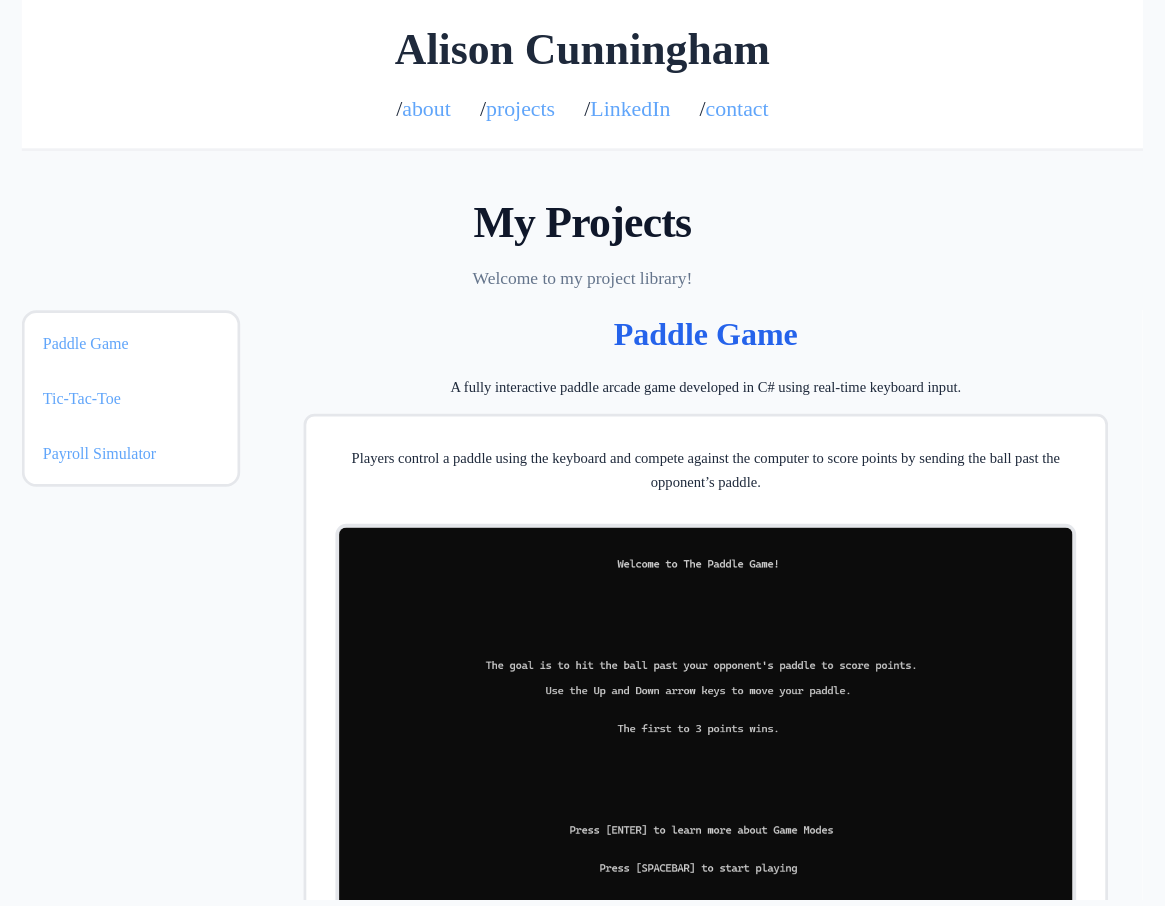
Repository: alison-cunningham/alison-cunningham
Page: pages/main-projects-page.html
An editor plug-in stored every save of this project. The page is shown before and after the next save, followed by the edit.
The browser window is 1280 px wide. The pictures show the whole page, at 91% of full size.
Some web fonts or font styles are not loaded; a fallback is used.

Above is the page before, as saved 2026-05-12 21:19:48.

### pages/main-projects-page.html
<!DOCTYPE html>
<html lang="en">
<head>
    <meta charset="UTF-8" />
    <title>Project - Paddle Game</title>
    <meta name="viewport" content="width=device-width, initial-scale=1.0">
    <link rel="stylesheet" href="../styles/pages.css"/>
    <link rel="stylesheet" href="../styles/globals.css"/>
</head>
<body>

    <header class="page-header">
        <h1>Alison Cunningham</h1>
        <div class="nav-bar">
            <a href="../index.html">/<span class="hover-text">about</span></a>
            <a href="./main-projects-page.html">/<span class="hover-text">projects</span></a>
            <a href="https://www.linkedin.com/in/alison-c-427578b5">/<span class="hover-text">LinkedIn</span></a>
            <a href="mailto:cunningham.alison.m@gmail.com">/<span class="hover-text">contact</span></a>
        </div>
    </header>

    <section class="project-card">
        <header class="main-header">
        <h2>My Projects</h2>
        <p>
            Welcome to my project library!
            <br>
        </p>
        </header>

        <div class="projects-layout">
            <nav>
            <a href="./paddle-game.html" target="myframe">
            Paddle Game
            </a>
            <a href="./tic-tac-toe.html" target="myframe">
            Tic-Tac-Toe
            </a>
            <a href="./payroll-simulator.html" target="myframe">
            Payroll Simulator
            </a>
            </nav>

            <section class="mainview">
                <iframe src="./paddle-game.html" name="myframe"></iframe>
            </section>
        </div>

    </section>

</body>


</html>

### styles/pages.css
body{
    display: flex;
    flex-direction: column;
    align-items: center;

    margin: 0 auto;
    padding: 0 1.5rem;

}

.main-header{
    display: grid;
    text-align: center;

    font-size: 1.2rem;
}

.main-header h2{
    font-size: 3rem;

    margin-bottom: 0.5rem;

    color: #0f172a;
    letter-spacing: -0.05rem;
}

.main-header p{
    margin-top: 0;

    font-size: 1.2rem;
    color: #64748b;
}

.project-header{
    display: grid;
    justify-content: center;
    text-align: center;

}

.project-header h1{
    margin-bottom: 0;

    font-size: 2.2rem;

    color: #2563eb;
}

nav{
    width: 100%;
    margin: 1rem auto;
    padding: .75rem;

    background-color: #ffffff;
    border: .2rem solid #e5e7eb;
    border-radius: 1rem;

    display: flex;
    justify-content: center;
    gap: 1rem;
    flex-wrap: wrap;

}

nav a{

    color: #60a5fa;
    padding: .5rem .5rem;
    border-radius: .75rem;

    font-size: 1.1rem;

    transition:
        background-color 0.3s ease,
        color 0.3s ease,
        transform 0.3s ease;
}

nav a:hover{
    background-color: #34d399;
    color: white;
}

img{
    display: block;
    max-width: 100%;
    margin: 1rem auto;
    border: .3rem solid #e5e7eb;
    border-radius: .75rem;

    transition: transform 0.3s ease;
}

img:hover{
    transform: scale(1.09);
}

.project-description{
    max-width: 97%;

    margin: 0 auto 2rem;
    padding: 2rem;

    background-color: #ffffff;
    border: .2rem solid #e5e7eb;
    border-radius: .75rem;

    line-height: 1.7;
}

.project-description ul{
    margin-top: 1rem;
    margin-bottom: 1rem;
    padding-left: 1.5rem;
}

.project-link{
    display: block;
    width: fit-content;

    margin: 0 auto 3rem;
    padding: .75rem;

    background-color: #60a5fa;
    color: white;

    text-decoration: none;

    border-radius: .5rem;

    transition: background-color 0.3s ease;
    transition: transform 0.2s ease;
}

.project-link:hover{
    background-color: #34d399;
}

summary{
    text-align: center;
    margin-bottom: 2rem;
}

.learned{
    line-height: 2rem;
    background-color: #e5e7eb;
    padding: 0.3rem 1.5rem 1rem;
    margin: 0.2rem;
    border-radius: 0.75rem;
}

.payroll-breakdown{
    line-height: 1.4rem;
}

iframe{
    width: 100%;
    min-height: 80vh;
    border: 0;
}

@media (min-width: 768px){

    .projects-layout{
        display: flex;
        flex-direction: column;
        gap: 1.5rem;
    }

    .project-card{
        width:100%;
    }


}

@media (min-width: 1000px){

    .projects-layout{
        display: grid;
        grid-template-columns: 1fr 4fr;
        align-items: start;

        gap: 2rem;
        width: 100%;
    }

    nav{
        position: sticky;
        top: 2rem;

        display: flex;
        flex-direction: column;

        width: 100%;
        margin: 0;
    }

    nav a{
        width: 100%;
        text-align: left;
    }

    iframe{
        min-height: 90vh;
    }
}

### styles/globals.css
@font-face{
    font-family: 'Radio-Canada';
    src: url('../assets/fonts/Radio_Canada/RadioCanada-VariableFont_wdth\,wght.ttf')
}

*{
    box-sizing: border-box;
}

body{
    font-family: 'Radio-Canada';

    background-color: #f8fafc;
    color: #1e293b;

    line-height: 1.6;
    font-size: 1rem;

    margin: 0;
    overflow-x: hidden;
}


a{
    text-decoration: none;
    color: inherit;
}

h3{
    font-size: 1.4rem;
    margin-bottom: 1rem;
    color: #0f172a;
}

.page-header{

    font-size: 1.3rem;
    width: 100%;
    padding: 1rem 0;

    background-color: #ffffff;
    border-bottom: .2rem solid #e5e7eb85;

    display: flex;
    flex-direction: column;
    align-items: center;
    justify-content: center;
    text-align: center;


}

header h1{
    font-size: 3rem;
    margin: 0;
}

.nav-bar{
    display: flex;
    gap: 2rem;

    width: 100%;
    max-width: 100%;

    overflow-x: auto;

    padding: 0.5rem 1rem;
    margin: 0;

    font-size: 1.5rem;
}

.nav-bar::-webkit-scrollbar{
    height: 0.45rem;
}

.nav-bar::-webkit-scrollbar-track{
    background: #e5e7eb;
    border-radius: 999rem;
}

.nav-bar::-webkit-scrollbar-thumb{
    background: #34d399;
    border-radius: 999rem;
}

.hover-text{
    color: #60a5fa;
    position: relative;
}

.hover-text:hover{
    color: #34d399;
}

.hover-text::after{
    content:"";
    position: absolute;
    left: 0;
    bottom: -2px;

    width: 0%;
    height: 2px;
    background: #34d399;
    transition: width 0.6s ease;

}

.hover-text:hover::after {
    width: 100%;
}

@media (min-width: 768px){
    .nav-bar{
        justify-content: center;
        overflow-x: visible;
    }
}

### pages/paddle-game.html
<!DOCTYPE html>
<html lang="en">
<head>
    <meta charset="UTF-8" />
    <title>Project - Paddle Game</title>
    <meta name="viewport" content="width=device-width, initial-scale=1.0">
    <link rel="stylesheet" href="../styles/globals.css"/>
    <link rel="stylesheet" href="../styles/pages.css">
</head>
<body>
    <header class="project-header">
        <h1>Paddle Game</h1>
        <p>
            A fully interactive paddle arcade game developed in C# using real-time keyboard input.
        </p>
    </header>

    <section class="project-description">
        <summary>
            Players control a paddle using the keyboard and compete against the computer to score points by sending the ball past the opponent’s paddle.
        </summary>

        <img src="../assets/images/paddle-game-screenshot-2.png" alt="Screenshot from Paddle Game gameplay">

        The game features:
        <ul>
            <li>AI-controlled opponent with multiple difficulty levels</li>
            <li>Collision detection</li>
            <li>Score tracking</li>
            <li>Randomized gameplay modifiers that change the mechanics after each round</li>
        </ul>


        To make gameplay more dynamic and unpredictable, special game modes such as Ghost Ball, Fast Ball, Curve Ball, Drunk Paddle, and Small Paddle are randomly activated throughout the match.
    </section>

    <section class="learned">

        <h3>What I learned:</h3>
        <p>This project introduced and strengthened my understanding of core game development concepts including game loops, object movement, simple AI behavior, collision handling, frame synchronization, and state management within a console application environment.</p>

    </section>

    <br>

    <a class="project-link"
        href="https://github.com/alison-cunningham/PaddleGame-2D-Collision-Simulation.git"
        target="_blank">
        View GitHub Repo
    </a>

</body>

</html>

After the next save:
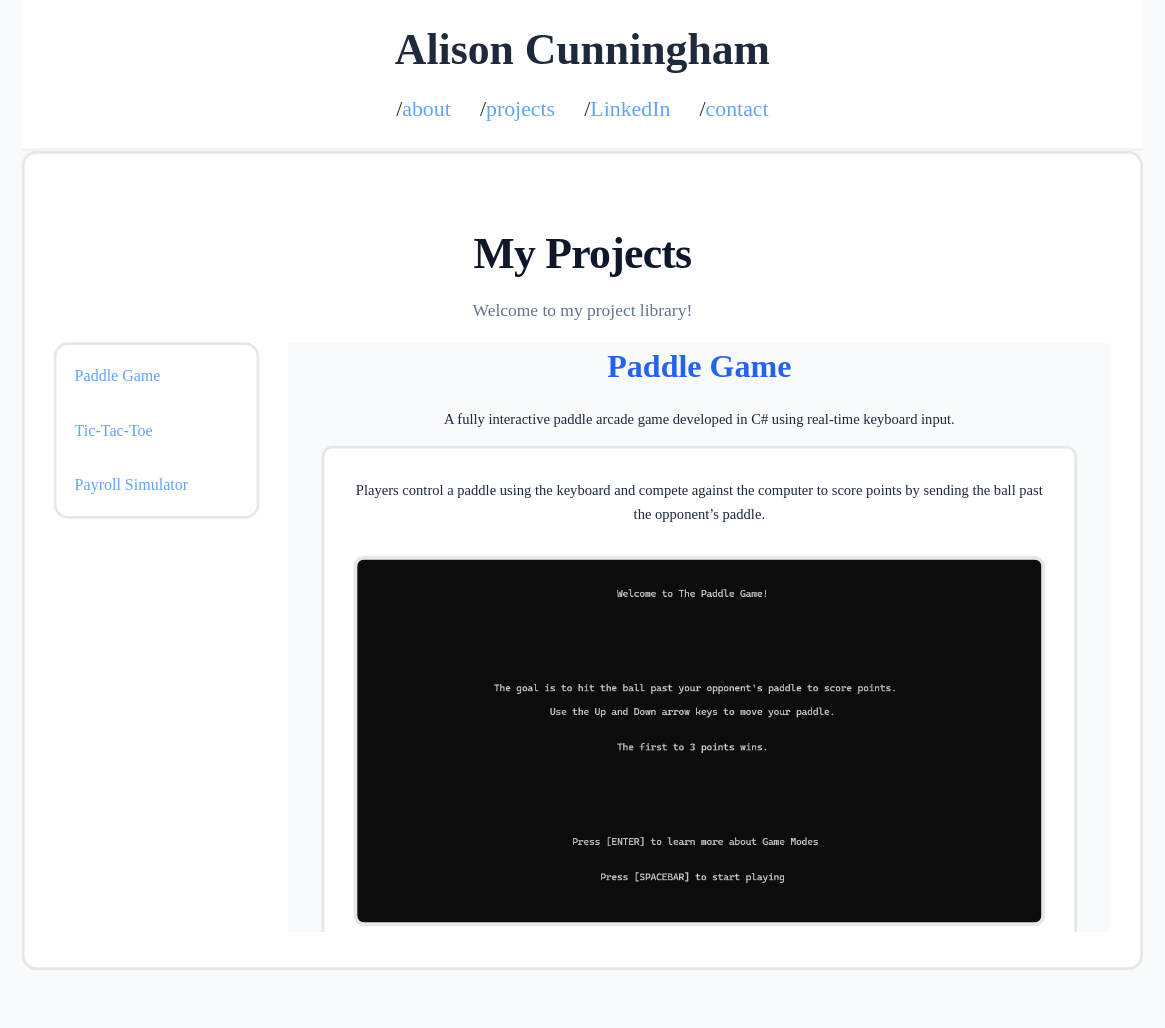
Saved 84 s later.
--- a/styles/pages.css
+++ b/styles/pages.css
@@ -201,6 +201,15 @@ iframe{
         text-align: left;
     }
 
+    .project-card{
+        margin-bottom: 4rem;
+        padding: 2rem;
+
+        background-color: #ffffff;
+        border: .2rem solid #e5e7eb;
+        border-radius: 1rem;
+    }
+
     iframe{
         min-height: 90vh;
     }
